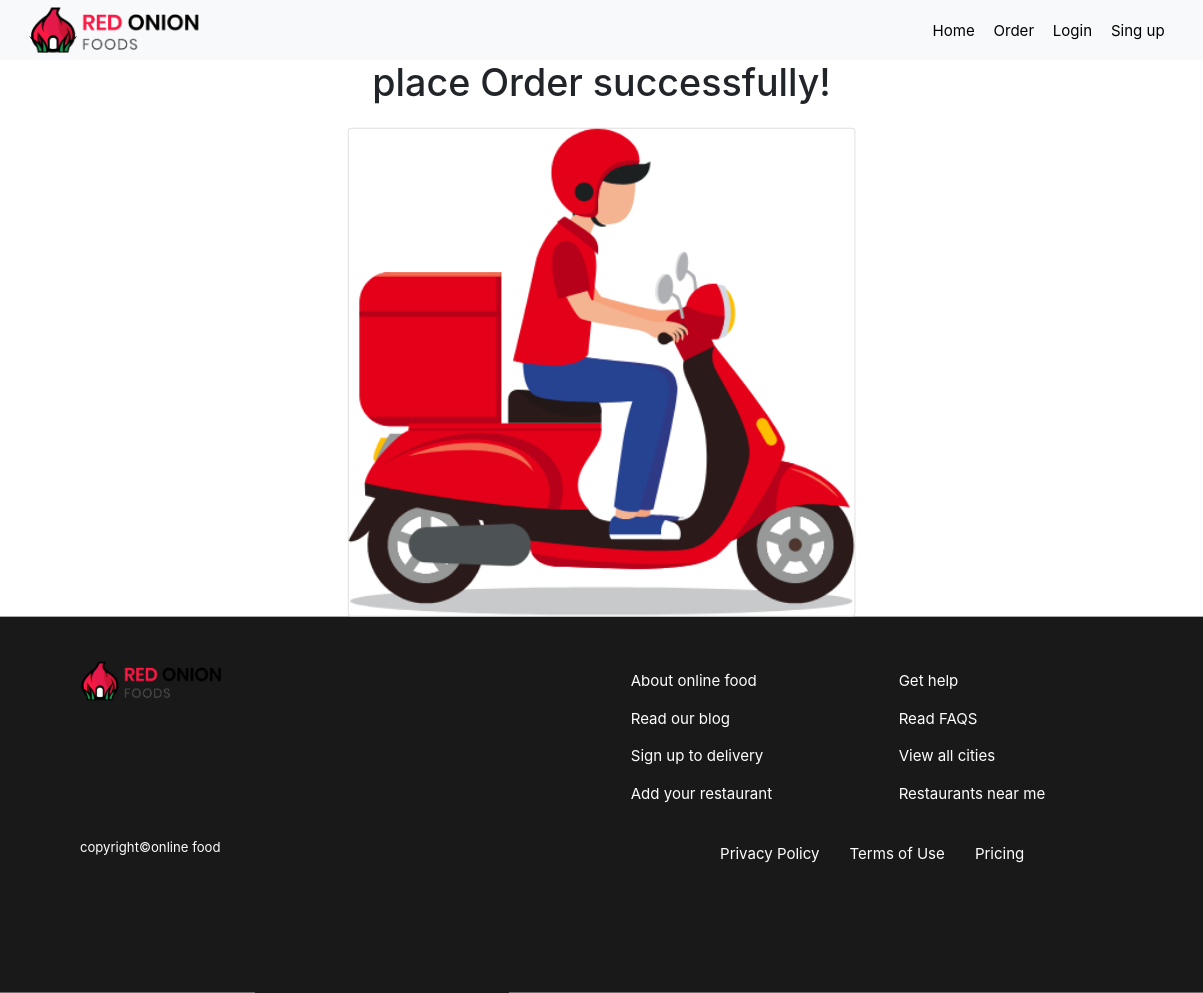
Repository: arif286/red-onion-client
Page: /order
An editor plug-in stored every save of this project. The page is shown before and after the next save, followed by the edit.
The browser window is 1280 px wide. The pictures show the whole page, at 94% of full size.
The page's requests for data from a server got no answer. The project was rebuilt for these pictures with package versions that can differ from the ones it lists, and the page was loaded fresh each time. Some packages were replaced by stand-ins written for this rebuild. No one was signed in, and anything a server would have sent is missing. Also part of the build but not shown: src/App.css, src/components/CheckOut/CheckOut.css, src/components/CheckOut/CheckOutForm/CheckOutFrom.js, src/components/CheckOut/CheckOut.js, src/components/SearchBar/SearchBar.css, src/components/SearchBar/SearchBar.js, src/components/FoodDetails/FoodDetail.css, src/components/FoodDetails/FoodDetail.js and 12 more. Imported but missing from the stored project, and not drawn on this page: src/components/CheckOut/Map/Map.

Above is the page before, as saved 2021-04-06 03:36:28.

### public/index.html
<!DOCTYPE html>
<html lang="en">
  <head>
    <meta charset="utf-8" />
    <link rel="icon" href="%PUBLIC_URL%/favicon.ico" />
    <meta name="viewport" content="width=device-width, initial-scale=1" />
    <meta name="theme-color" content="#000000" />
    <meta
      name="description"
      content="Web site created using create-react-app"
    />
    <link rel="apple-touch-icon" href="%PUBLIC_URL%/logo192.png" />
    <!--
      manifest.json provides metadata used when your web app is installed on a
      user's mobile device or desktop. See https://developers.google.com/web/fundamentals/web-app-manifest/
    -->
    <link rel="manifest" href="%PUBLIC_URL%/manifest.json" />

    <!-- <link
      href="https://api.tiles.mapbox.com/mapbox-gl-js/v2.1.1/mapbox-gl.css"
      rel="stylesheet"
    /> -->
    <!--
      Notice the use of %PUBLIC_URL% in the tags above.
      It will be replaced with the URL of the `public` folder during the build.
      Only files inside the `public` folder can be referenced from the HTML.

      Unlike "/favicon.ico" or "favicon.ico", "%PUBLIC_URL%/favicon.ico" will
      work correctly both with client-side routing and a non-root public URL.
      Learn how to configure a non-root public URL by running `npm run build`.
    -->
    <title>Red Onion</title>
  </head>
  <body>
    <noscript>You need to enable JavaScript to run this app.</noscript>
    <div id="root"></div>
    <!--
      This HTML file is a template.
      If you open it directly in the browser, you will see an empty page.

      You can add webfonts, meta tags, or analytics to this file.
      The build step will place the bundled scripts into the <body> tag.

      To begin the development, run `npm start` or `yarn start`.
      To create a production bundle, use `npm run build` or `yarn build`.
    -->
  </body>
</html>

### src/App.js
import "bootstrap/dist/css/bootstrap.min.css";
import React, { createContext, useState } from "react";
import { BrowserRouter as Router, Route, Switch } from "react-router-dom";
import './App.css';
import CheckOut from "./components/CheckOut/CheckOut";
import Map from "./components/CheckOut/Map/Map";
import FoodDetail from "./components/FoodDetails/FoodDetail";
import Footer from "./components/Footer/Footer";
import Header from "./components/Header/Header";
import Home from './components/Home/Home';
import Login from "./components/LogIn/Login";
import Order from "./components/Order/Order";
import SingUp from "./components/SingUp/SingUp";


export const UserContext = createContext();
function App() {
  const [loggedInUser, setLoggedInUser] = useState({});
  return (
    <UserContext.Provider value={[loggedInUser, setLoggedInUser]}>
      <Router>
        <Header />
        <Switch>
          <Route path="/home">
            <Home />
          </Route>
          <Route path="/signUp">
            <SingUp />
          </Route>
          <Route path="/login">
            <Login />
          </Route>
          <Route path="/food/details/:foodId">
            <FoodDetail />
          </Route>
          <Route path='/checkOut'>
            <CheckOut/>
          </Route>
          <Route path='/order'>
            <Order/>
          </Route>
          <Route path='/map'>
            <Map/>
          </Route>
          <Route exact path="/">
            <Home/>
          </Route>
        </Switch>
        <Footer />
      </Router>
    </UserContext.Provider>
  );

}

export default App;

### src/components/Footer/Footer.js
import React from 'react';
import { NavLink } from 'react-bootstrap';
import Logo from '../../onion-restaurent/logo2.png';
import './Footer.css';

const Footer = () => {
    return (
      <footer>
        <div className="container">
          <div className="row pt-5">
            <div className="col-md-6 col-sm-12 pb-4">
              <img className="footer-img" src={Logo} alt="" />
            </div>
            <div className="col-md-3 col-sm-12 pb-4">
              <ul className="nav flex-column">
                <li className="nav-item">
                  <NavLink
                    className="nav-link active footer-link"
                    aria-current="page"
                    to="/"
                  >
                    About online food
                  </NavLink>
                </li>
                <li className="nav-item">
                  <NavLink className="nav-link footer-link" to="/">
                    Read our blog
                  </NavLink>
                </li>
                <li className="nav-item">
                  <NavLink className="nav-link footer-link" to="/">
                    Sign up to delivery
                  </NavLink>
                </li>
                <li className="nav-item">
                  <NavLink className="nav-link footer-link" to="/">
                    Add your restaurant
                  </NavLink>
                </li>
              </ul>
            </div>
            <div className="col-md-3 col-sm-12 pb-4">
              <ul className="nav flex-column">
                <li className="nav-item">
                  <NavLink
                    className="nav-link footer-link"
                    aria-current="page"
                    to="/"
                  >
                    Get help
                  </NavLink>
                </li>
                <li className="nav-item">
                  <NavLink className="nav-link footer-link" to="/">
                    Read FAQS
                  </NavLink>
                </li>
                <li className="nav-item">
                  <NavLink className="nav-link footer-link" to="/">
                    View all cities
                  </NavLink>
                </li>
                <li className="nav-item">
                  <NavLink className="nav-link footer-link" to="/">
                    Restaurants near me
                  </NavLink>
                </li>
              </ul>
            </div>
          </div>

          <div className="row">
            <div className="col-md-7">
              <p className='copy-right'>
                <small>
                  copyright<span>&#169;</span>online food
                </small>
              </p>
            </div>
            <div className="col-md-5">
              <div className='d-flex'>
                <NavLink className="footer-link">Privacy Policy</NavLink>
                <NavLink className="footer-link">Terms of Use</NavLink>
                <NavLink className="footer-link">Pricing</NavLink>
              </div>
            </div>
          </div>
        </div>
      </footer>
    );
};

export default Footer;

### src/components/Header/Header.js
import { faShoppingCart } from "@fortawesome/free-solid-svg-icons";
import { FontAwesomeIcon } from "@fortawesome/react-fontawesome";
import React from 'react';
import { NavLink } from "react-router-dom";
import logo from '../../onion-restaurent/logo2.png';
import './Header.css';
const cart = <FontAwesomeIcon icon={faShoppingCart} />;
const Header = () => {
    const header = {
        logo : {width: '180px'}
    }
    return (
      <div>
        <nav className="navbar navbar-expand-lg navbar-light bg-light">
          <div className="container-fluid">
            <div>
              <img style={header.logo} src={logo} alt="" />
            </div>
            <button
              className="navbar-toggler"
              type="button"
              data-bs-toggle="collapse"
              data-bs-target="#navbarNav"
              aria-controls="navbarNav"
              aria-expanded="false"
              aria-label="Toggle navigation"
            >
              <span className="navbar-toggler-icon"></span>
            </button>
            <div
              className="collapse  navbar-collapse justify-content-end"
              id="navbarNav"
            >
              <ul className="navbar-nav align-items-center">
                <li className="nav-item">
                  <NavLink className="header-link" to="/">
                    Home
                  </NavLink>
                </li>
                <li className="nav-item">
                  <NavLink className="header-link" to="/order">
                    Order
                  </NavLink>
                </li>
                <li className="nav-item">
                  <NavLink className="header-link" to="/login">
                    Login
                  </NavLink>
                </li>
                <li className="nav-item">
                  <NavLink className="header-link" to="/signUp">
                    Sing up
                  </NavLink>
                </li>
              </ul>
            </div>
          </div>
        </nav>
      </div>
    );
};

export default Header;

### src/components/Order/Order.js
import axios from "axios";
import React, { useContext, useEffect, useState } from "react";
import { Card, Col, Container, Row } from "react-bootstrap";
import { UserContext } from "../../App";
import delivery from "../../onion-restaurent/Image/Group 1151.png";


const Order = () => {
  const [order, setOrder] = useState([]);
  const [loggedInUser, setLoggedInUser] = useContext(UserContext);

  useEffect(() => {
    axios.get(`http://localhost:5000/orderDetails?email=${loggedInUser.email}`)
      .then(res => {
        console.log(res.data)
        setOrder(res.data)
      })
      .catch(err => console.log(err));
  }, [loggedInUser.email]);
  return (
    <Container>
      <Row className="justify-content-center">
        <Col md={6}>
          <h1 className="text-center pb-3">place Order successfully!</h1>
          <Card>
            <img src={delivery} alt="" />
          </Card>
        </Col>
      </Row>
    </Container>
  );
};

export default Order;

### src/components/Footer/Footer.css
.footer-img {
  width: 150px;
}
footer {
  background-color: #191919;
  height: 400px;
}
.footer-link {
  color: white;
}
.footer-link:hover {
  color: #878787;
}
.copy-right {
  color: white;
}

### src/components/Header/Header.css
.header-link {
  color: black;
  display: inline-block;
  padding: 10px;
}
.header-link:hover {
  text-decoration: none;
  color: #777777;
}
.cart-btn {
  border: none;
  background: none;
}

Loaded but not shown: src/index.js (common file); src/index.css (common file); src/reportWebVitals.js (common file)

After the next save:
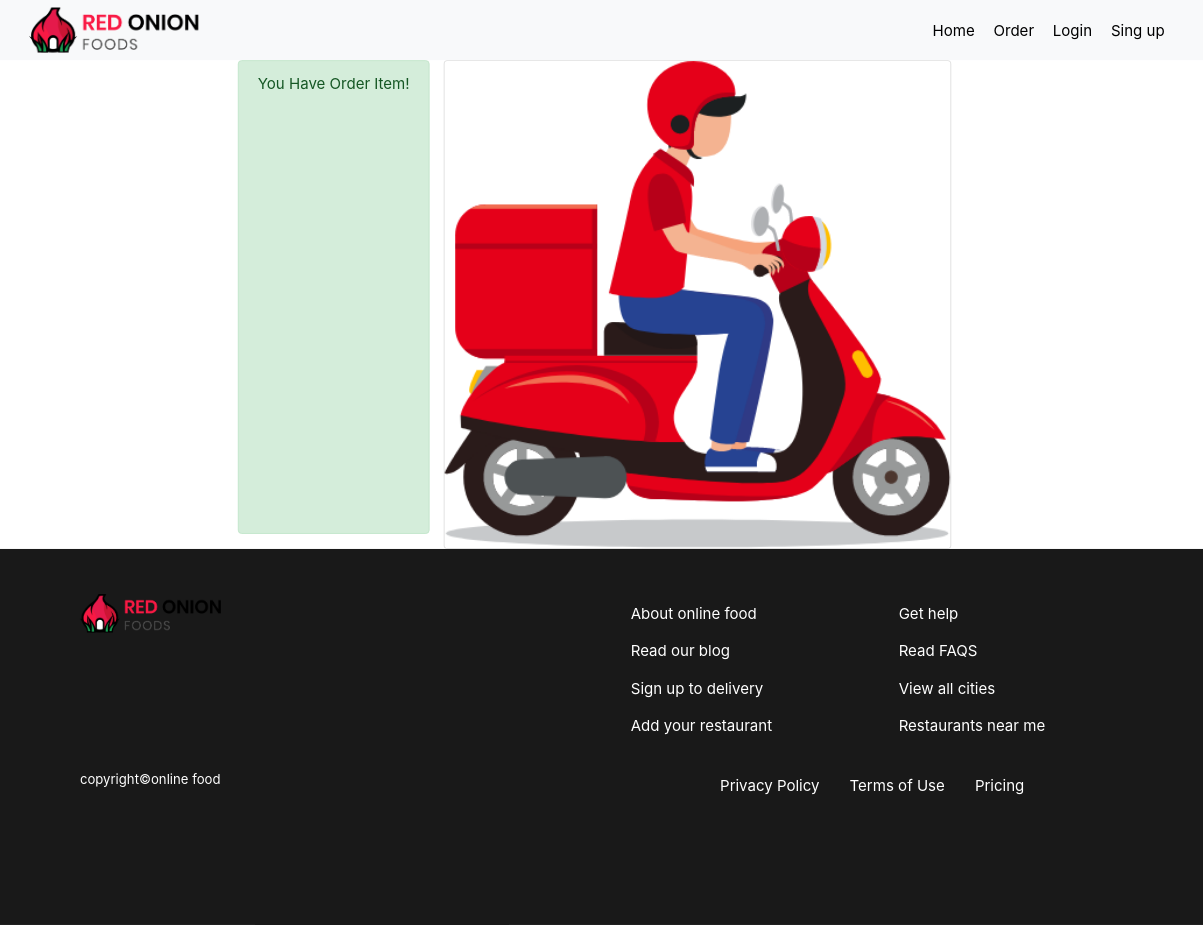
Saved 9 min 58 s later.
--- a/src/components/Order/Order.js
+++ b/src/components/Order/Order.js
@@ -1,6 +1,6 @@
 import axios from "axios";
 import React, { useContext, useEffect, useState } from "react";
-import { Card, Col, Container, Row } from "react-bootstrap";
+import { Alert, Card, Col, Container, Row } from "react-bootstrap";
 import { UserContext } from "../../App";
 import delivery from "../../onion-restaurent/Image/Group 1151.png";
 
@@ -20,11 +20,14 @@ const Order = () => {
   return (
     <Container>
       <Row className="justify-content-center">
-        <Col md={6}>
-          <h1 className="text-center pb-3">place Order successfully!</h1>
+        <Alert variant="success">You Have Order Item!</Alert>
+        <Col xs={6}>
           <Card>
             <img src={delivery} alt="" />
           </Card>
+        </Col>
+        <Col xs={6}>
+          <Row></Row>
         </Col>
       </Row>
     </Container>
